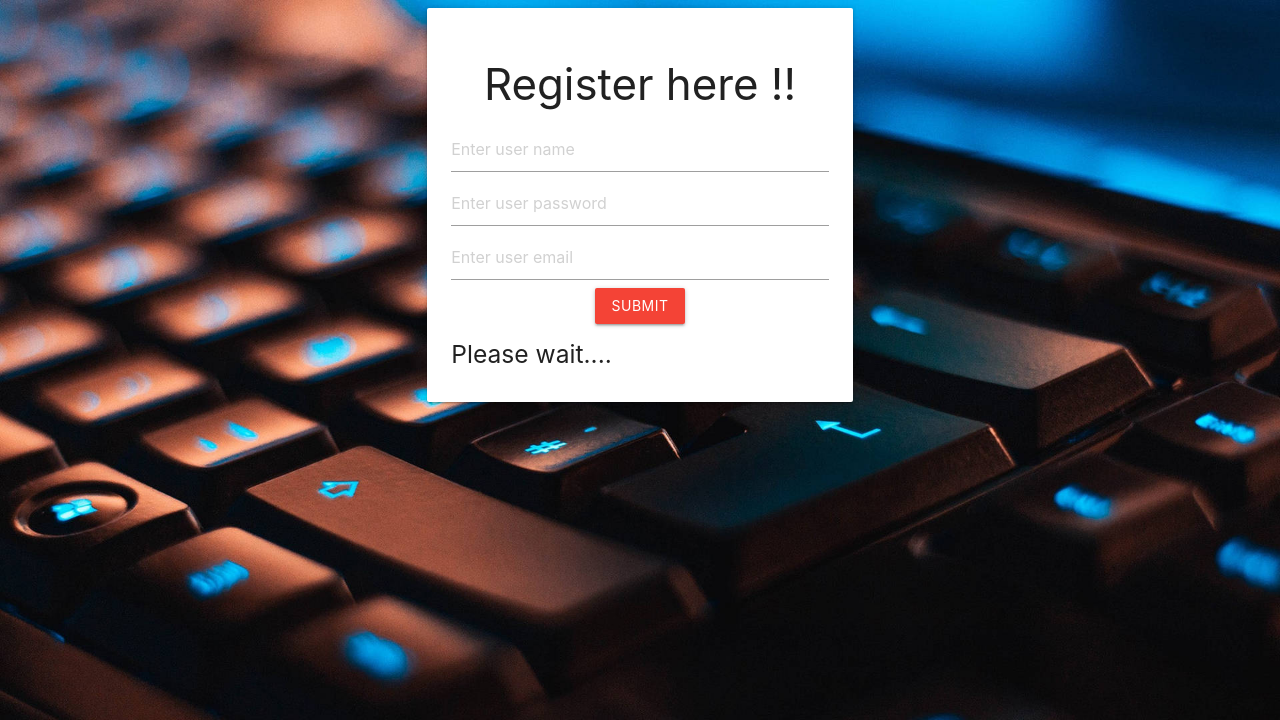
Repository: ShaileshMishr/Javanew
Page: http://localhost/Register/signup.jsp
An editor plug-in stored every save of this project. The page is shown before and after the next save, followed by the edit.
The browser window is 1280 px wide. The pictures show the whole page.
The page is served by Tomcat 10.

Above is the page before, as saved 2023-10-11 22:07:31.

After the next save:
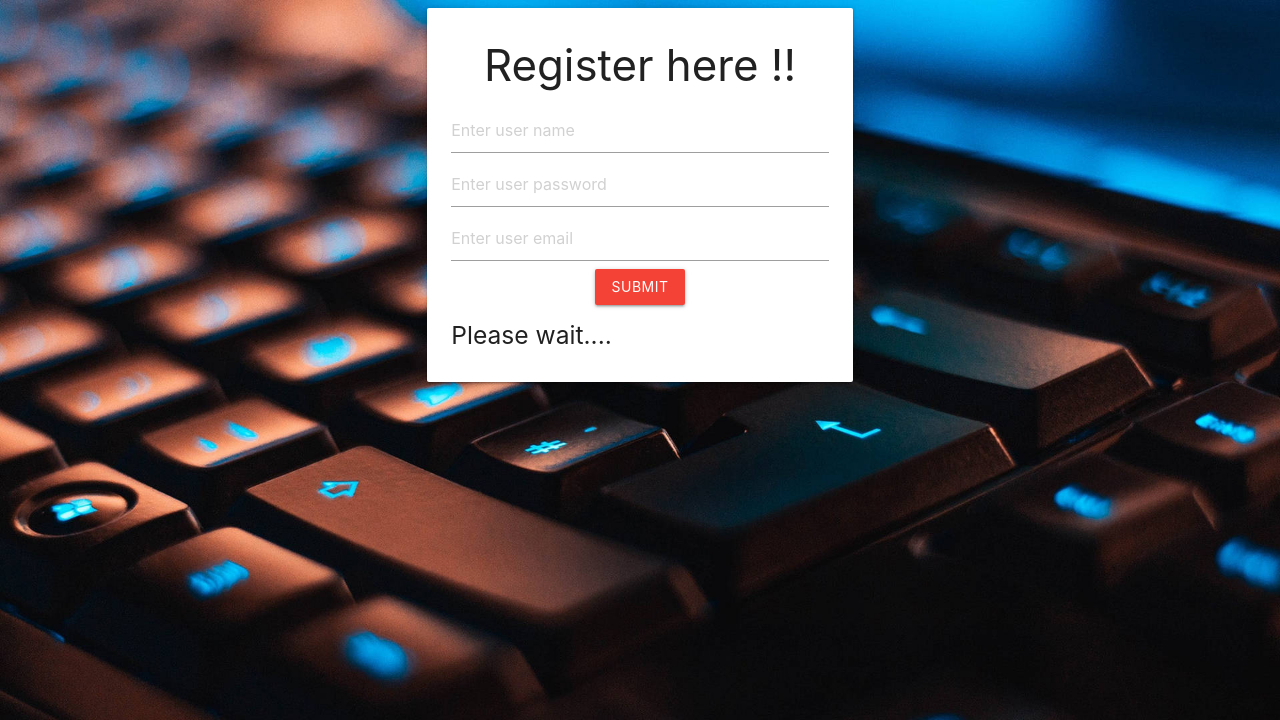
Saved 9 min 12 s later.
--- a/Register/src/main/webapp/signup.jsp
+++ b/Register/src/main/webapp/signup.jsp
@@ -20,7 +20,7 @@
 <div class="col m6 offset-m3">
 <div class="card">
 <div class="card-content">
-<h3 style="margin-top;" class="center-align">Register here !!</h3>
+<h3 style="margin-top: 10px;" class="center-align">Register here !!</h3>
 <div class="form center-align">
 <!--  creating form -->
 
